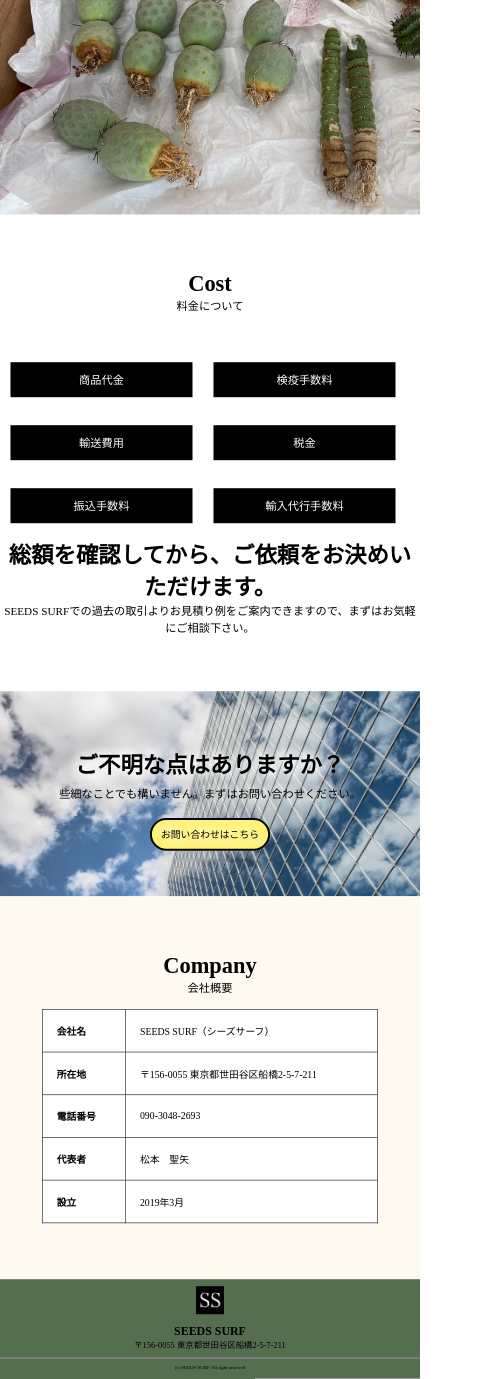
Repository: Seiya00002/seeds-surf-lp
Page: index.html
The author's editor kept a copy of each file at every save. The page is drawn from the files as they stood at one save, then again after the next save.
The browser window is 600 px wide. The page is 698 px wide, so the pictures cover 698 px, including what lies to the right of the window. The pictures show the part of the page from y = 2758 to 4998 px (the page is 4728 px tall before and 4998 px after), at 70% of full size.

Above is the page before, as saved 2023-07-19 10:19:29.

After the next save:
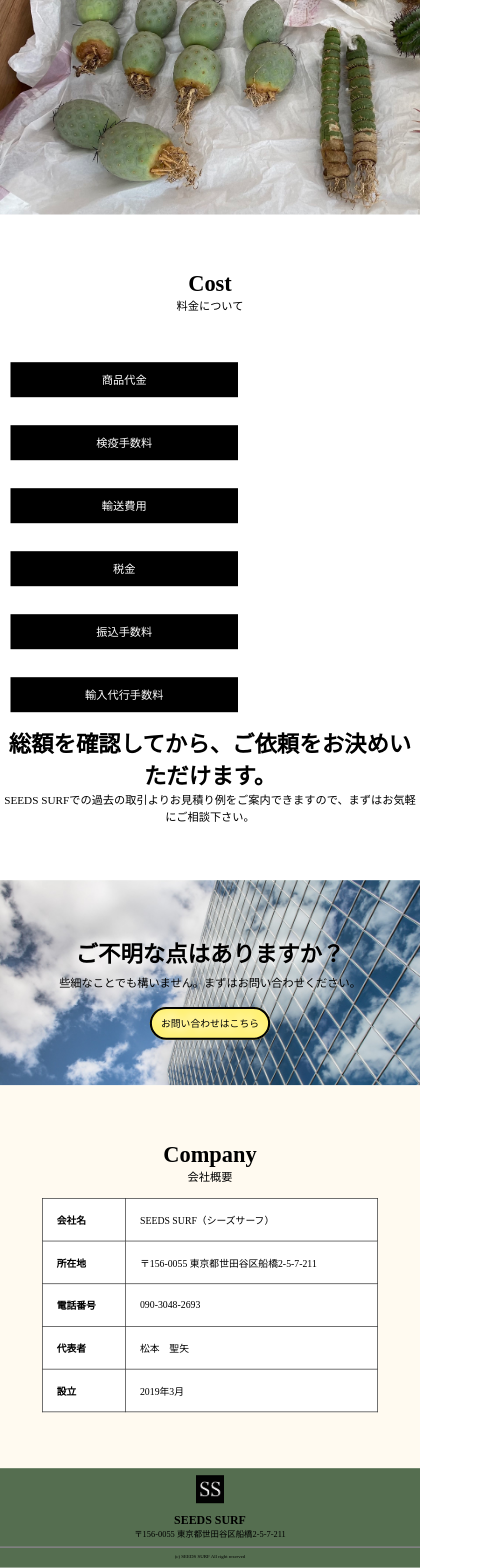
Saved 44 s later.
--- a/css/style.css
+++ b/css/style.css
@@ -472,10 +472,10 @@
         width: 50%;
     }
     .list01 {
-        width: 40%;
+        width: 50%;
     }
     .list02 {
-        width: 40%;
+        width: 50%;
     }
     table.company {
         width: 80%;

After the save that followed:
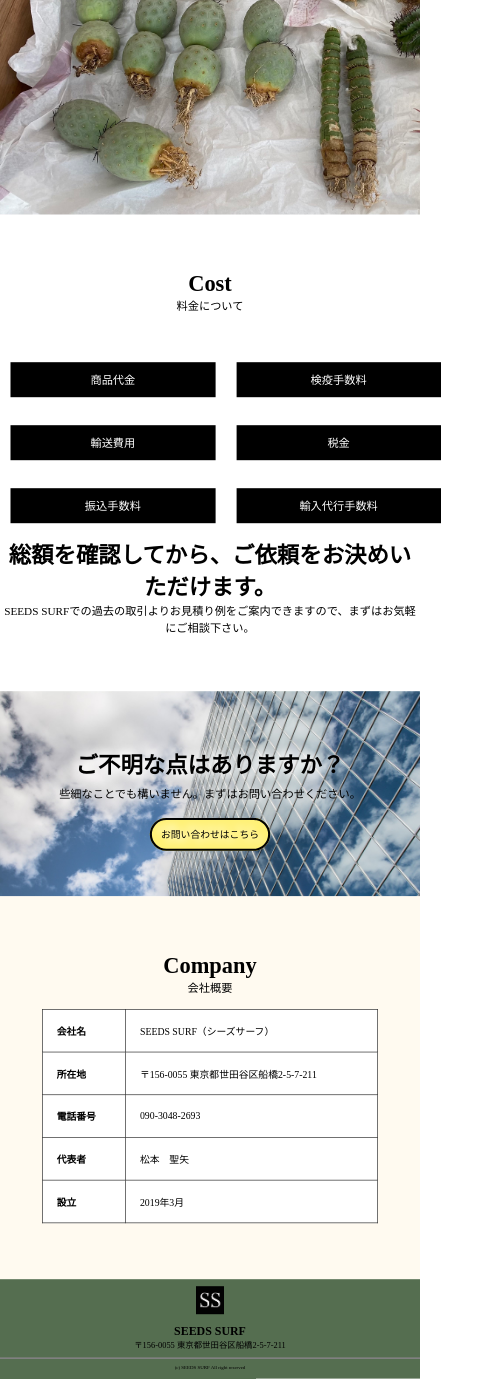
Saved 14 s later.
--- a/css/style.css
+++ b/css/style.css
@@ -472,10 +472,10 @@
         width: 50%;
     }
     .list01 {
-        width: 50%;
+        width: 45%;
     }
     .list02 {
-        width: 50%;
+        width: 45%;
     }
     table.company {
         width: 80%;
